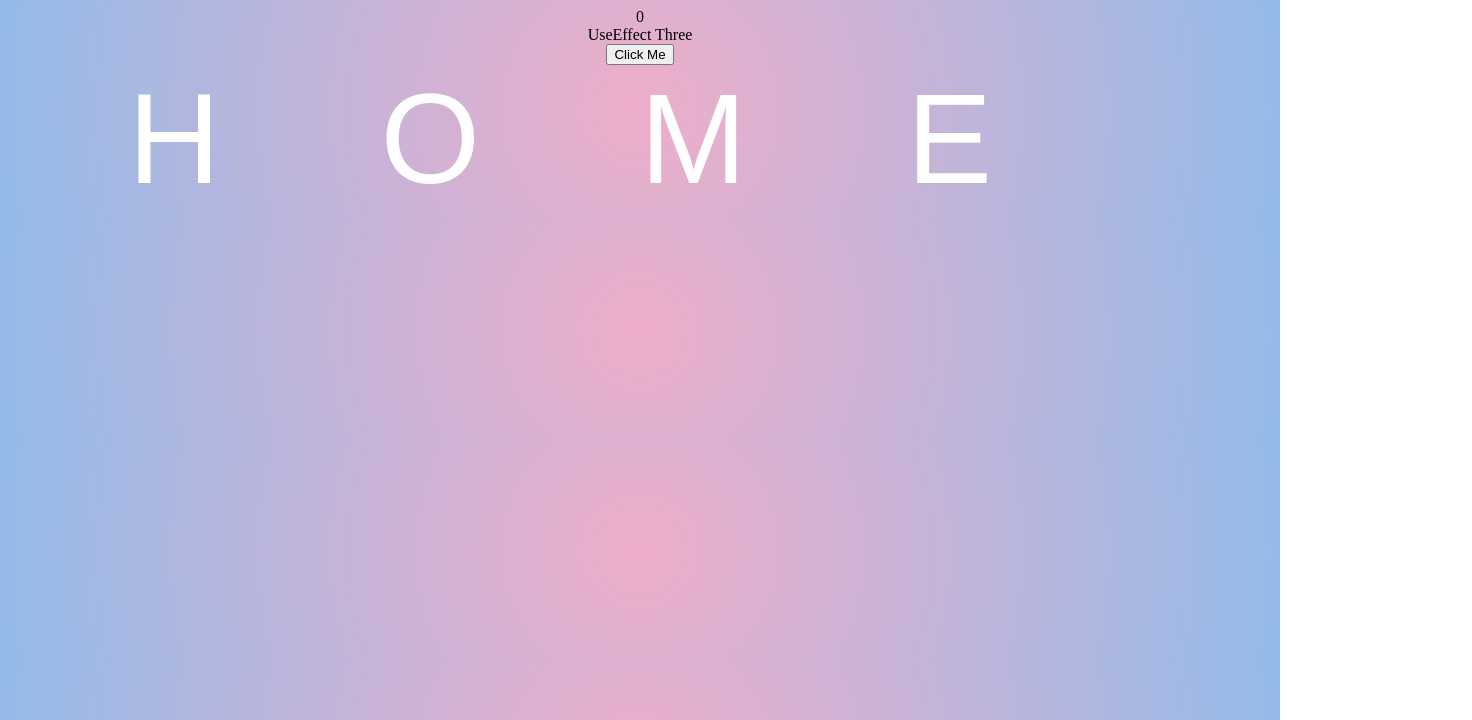
Repository: juliet-jskim/week-8-useEffect-carousel
Page: /useEffectThree
These files come from the project's save history. The page is drawn as it stood at one moment and after the next save; the edit follows.
The browser window is 1280 px wide. The page is 1280 px wide, then 1472 px, so the pictures cover 1472 px, including what lies to the right of the window. The pictures show the whole page.
The project was rebuilt for these pictures with package versions that can differ from the ones it lists, and the page was loaded fresh each time. The framework's server and built-in components were replaced by stand-ins that run in the browser. Also part of the build but not shown: next.config.js.

Above is the page before, as saved 2023-02-20 23:09:10.

After the next save:
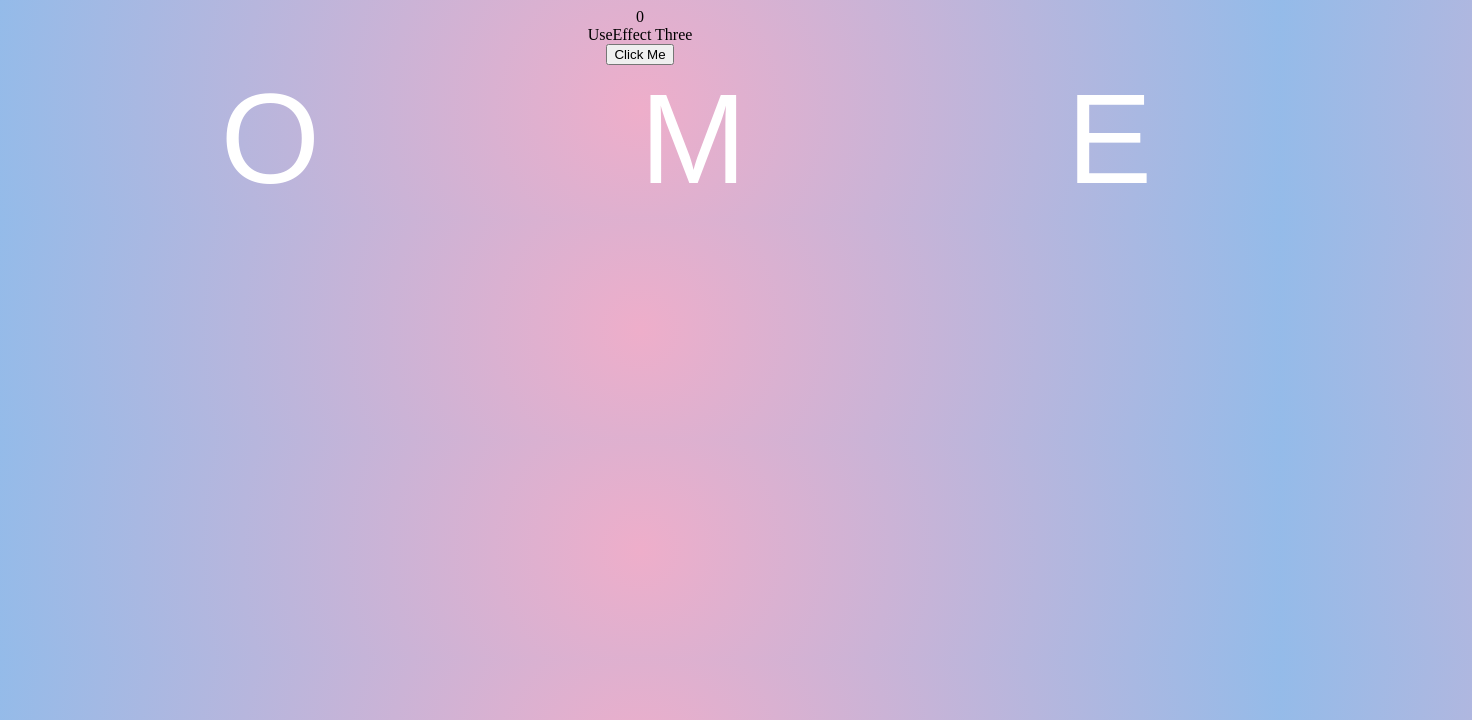
Saved 4 s later.
--- a/styles/UseEffectThree.module.css
+++ b/styles/UseEffectThree.module.css
@@ -11,5 +11,5 @@
     text-transform: uppercase;
     font-family: Arial, Helvetica, sans-serif;
     writing-mode: horizontal-tb;
-    letter-spacing: 10rem;
+    letter-spacing: 20rem;
 }
